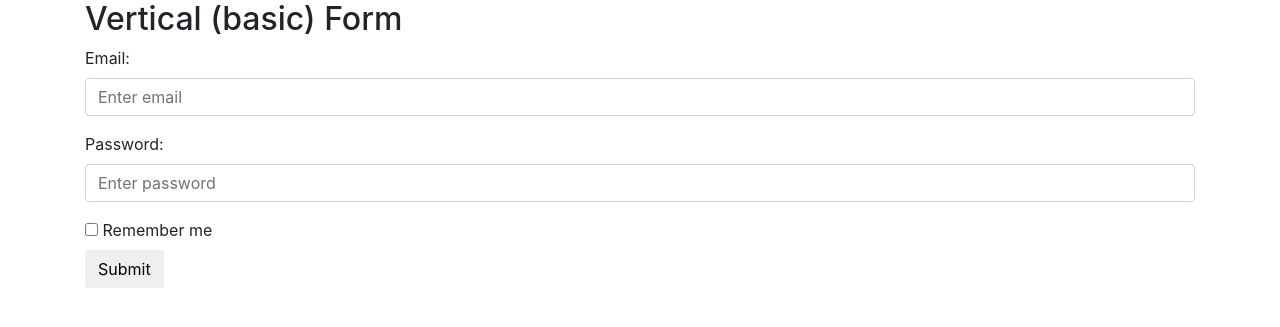
Repository: Anusha-Shilamkoti/Anusha
Page: MyFirstWebProject/WebContent/admin.html
An editor plug-in stored every save of this project. The page is shown before and after the next save, followed by the edit.
The browser window is 1280 px wide. The pictures show the whole page.

Above is the page before, as saved 2020-01-20 04:41:38.

### MyFirstWebProject/WebContent/admin.html
<!DOCTYPE html>
<html>
<head>
  <meta name="viewport" content="width=device-width, initial-scale=1">
  <link rel="stylesheet" href="Bootstrap/css/bootstrap.min.css">
  <script src="https://ajax.googleapis.com/ajax/libs/jquery/3.3.1/jquery.min.js"></script>
  <script src="Bootstrap/js/bootstrap.min.js"></script>
</head>
<body>
<div class="container">
  <h2>Vertical (basic) Form</h2>
  <form>
    <div class="form-group">
      <label for="email">Email:</label>
      <input type="email" class="form-control" id="email" placeholder="Enter email">
    </div>
    <div class="form-group">
      <label for="pwd">Password:</label>
      <input type="password" class="form-control" id="pwd" placeholder="Enter password">
    </div>
    <div class="checkbox">
      <label><input type="checkbox"> Remember me</label>
    </div>
    <button type="submit" class="btn btn-default">Submit</button>
  </form>
</div>

</body>
</html>

Loaded but not shown: MyFirstWebProject/WebContent/Bootstrap/css/bootstrap.min.css (library); MyFirstWebProject/WebContent/Bootstrap/js/bootstrap.min.js (library)

After the next save:
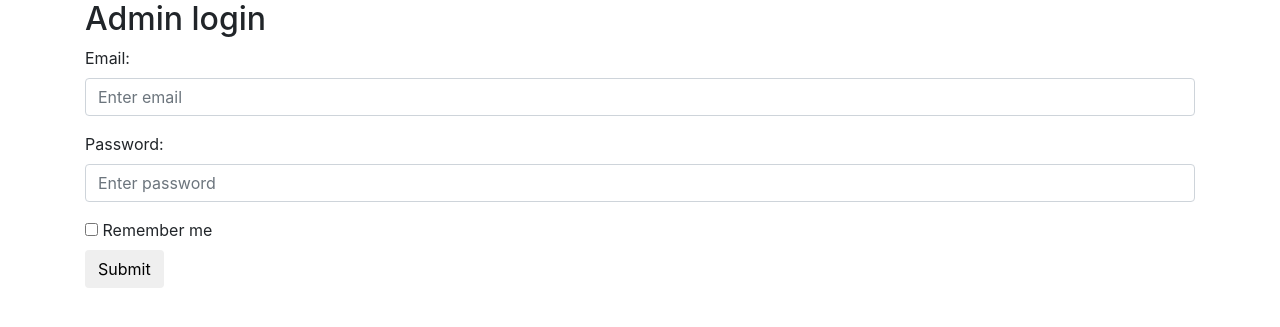
Saved 95 s later.
--- a/MyFirstWebProject/WebContent/admin.html
+++ b/MyFirstWebProject/WebContent/admin.html
@@ -8,7 +8,7 @@
 </head>
 <body>
 <div class="container">
-  <h2>Vertical (basic) Form</h2>
+  <h2>Admin login</h2>
   <form>
     <div class="form-group">
       <label for="email">Email:</label>
